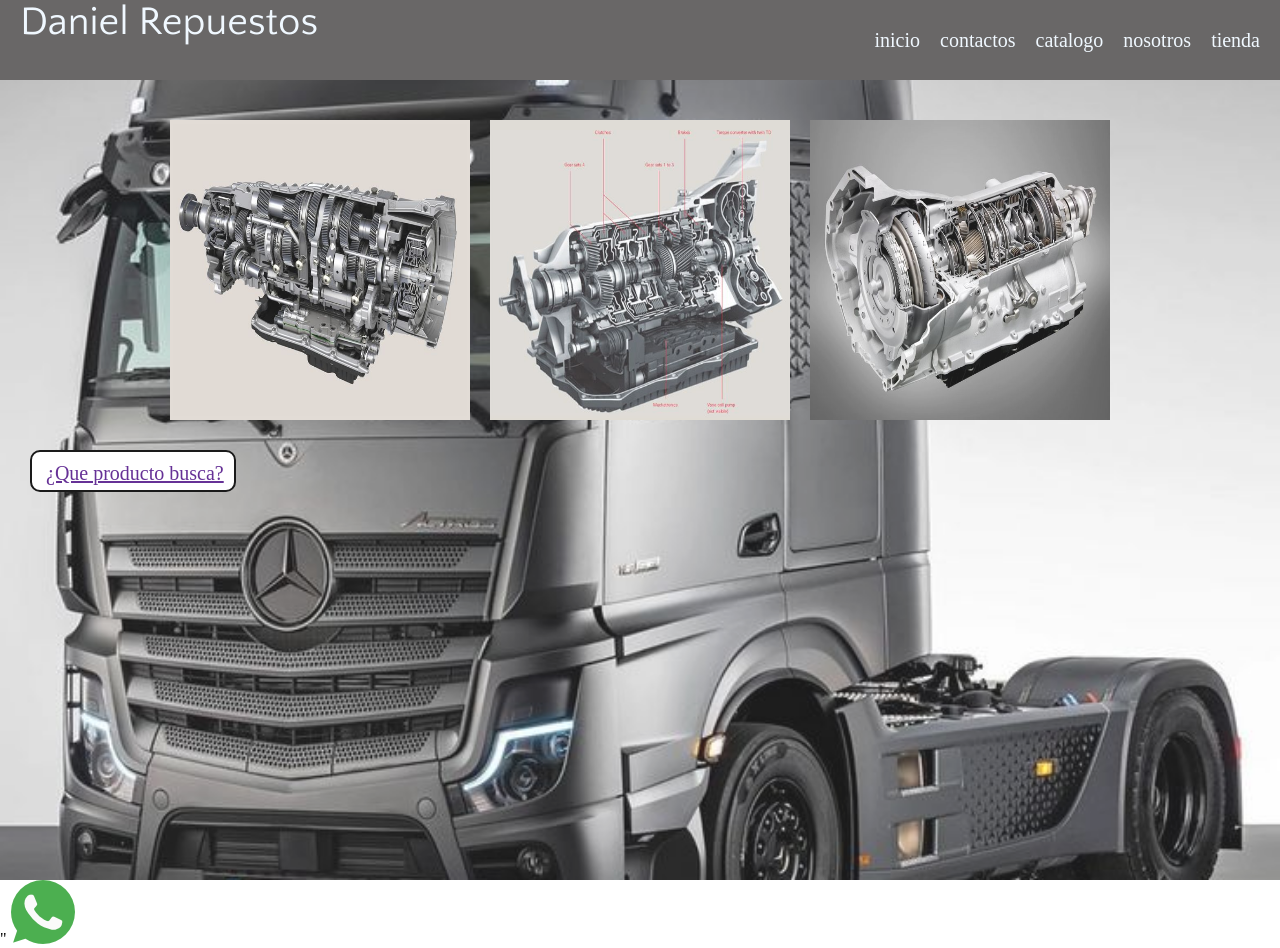
Repository: minesterani/proyecto-caja
Page: pages/tienda.html
These files come from the project's save history. The page is drawn as it stood at one moment and after the next save; the edit follows.
The browser window is 1280 px wide. The pictures show the whole page.

Above is the page before, as saved 2024-09-25 09:57:33.

After the next save:
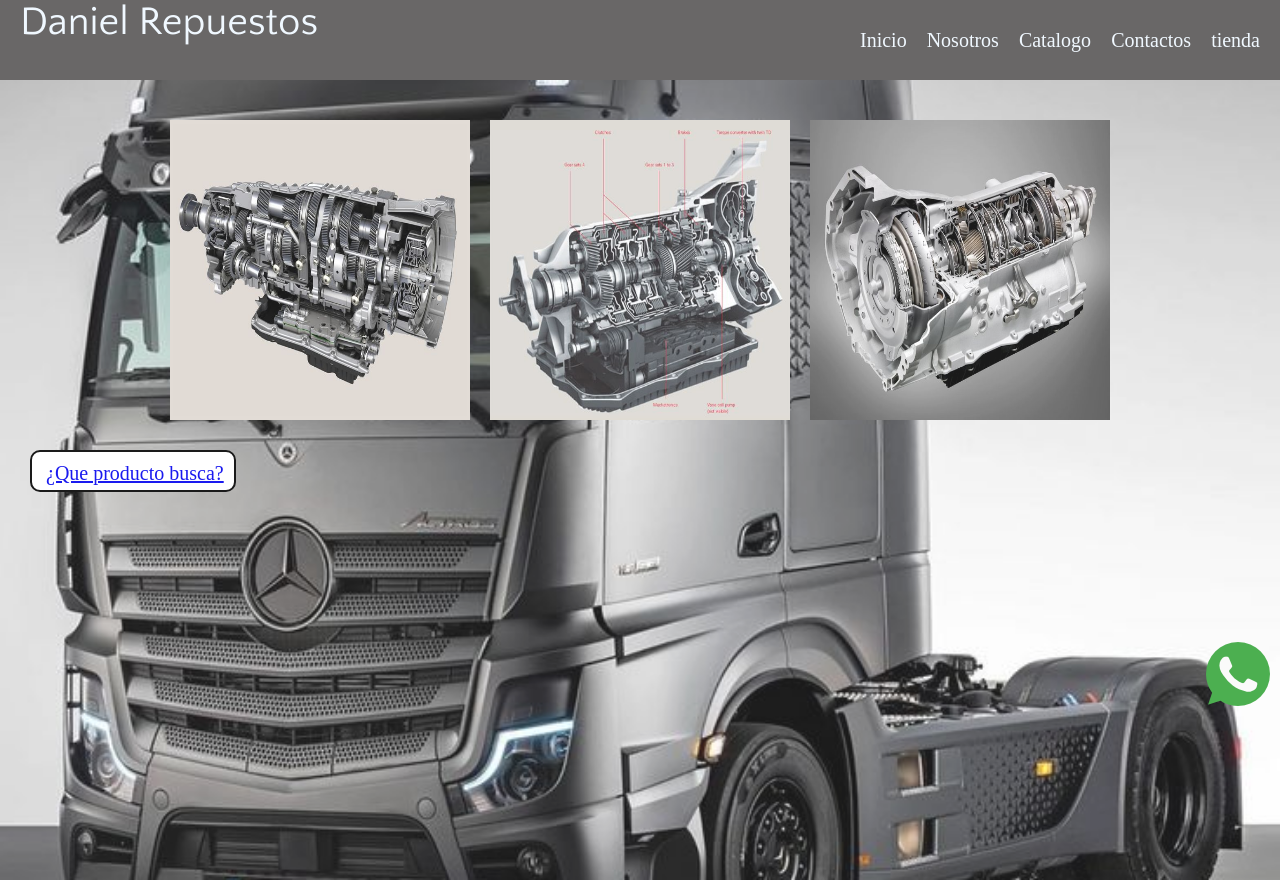
Saved 5 min 54 s later.
--- a/pages/tienda.html
+++ b/pages/tienda.html
@@ -14,10 +14,10 @@
     <h1>Daniel Repuestos</h1>
     <nav>
         <ul class="navtienda">
-            <li><a href="../index.html">inicio</a></li>
-            <li><a href="./contactos.html">contactos</a></li>
-            <li><a href="./catalogo.html">catalogo</a></li>
-            <li><a href="./nosotros.html">nosotros</a></li>
+            <li><a href="../index.html">Inicio</a></li>
+            <li><a href="./nosotros.html">Nosotros</a></li>
+            <li><a href="./catalogo.html">Catalogo</a></li>
+                <li><a href="./contactos.html">Contactos</a></li>
             <li><a href="#">tienda</a></li>
         </ul>
     </nav>
@@ -30,12 +30,12 @@
             <img src="../assets/img/caja.jpg" alt="caja 3" style="width: 300px; height: 300px;">
             <img src="../assets/img/Transmisiones de toyota.jpeg" alt="transmicion" style="width: 300px; height: 300px;">
         </div>
-        <a href="" class="boton">¿Que producto busca?</a>
+        <a href="#" class="boton">¿Que producto busca?</a>
     </section>
 
    </main>
    <footer>
-    <a class="whatsapp-tienda"href="https://wa.me/3416513963" target="_blank"></a>"
+    <a class="whatsapp-tienda"href="https://wa.me/3416513963" target="_blank">
         <img src="../assets/img/whatsapp.png" alt="">
     </a>
    </footer>
